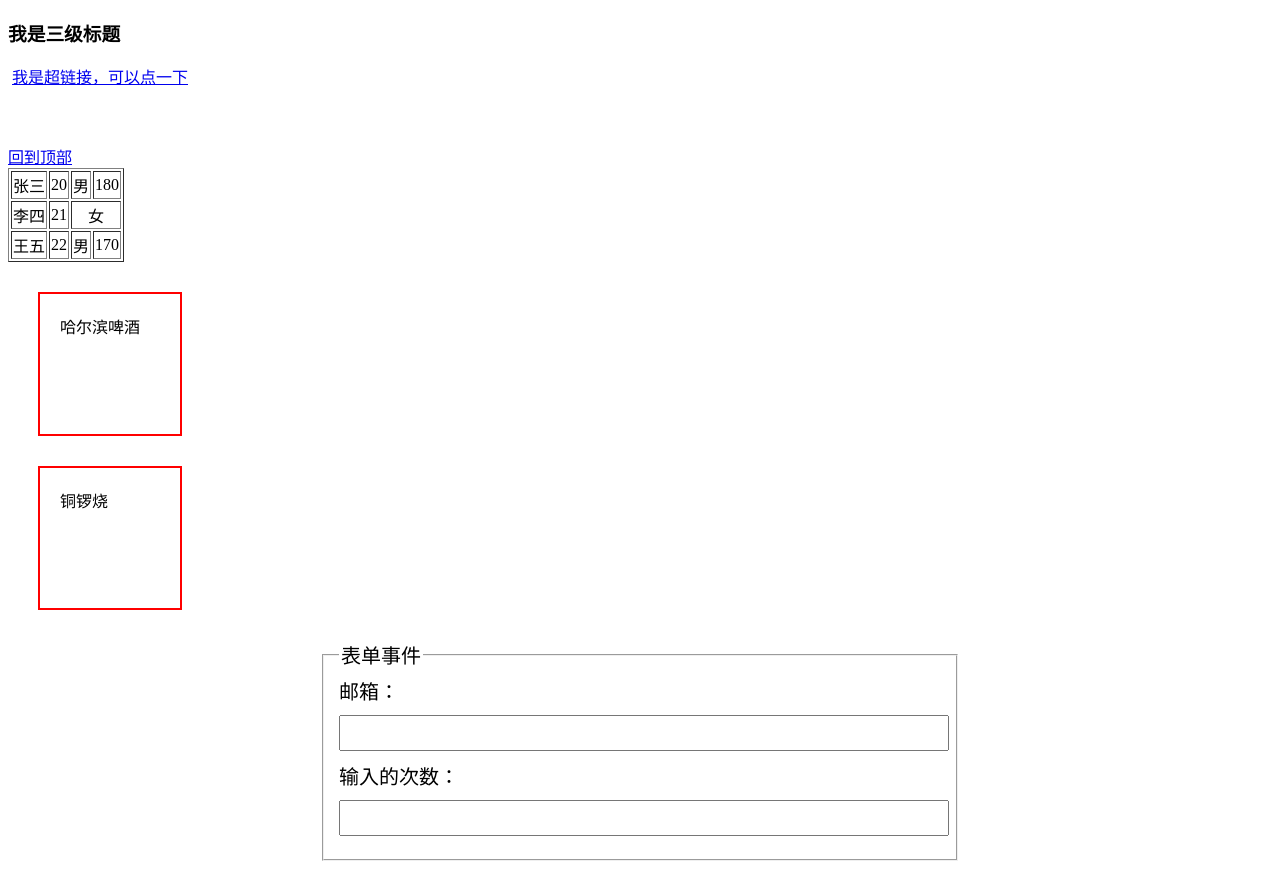
Repository: wyhzglgithub/mygitremote
Page: test.html
The author's editor kept a copy of each file at every save. The page is drawn from the files as they stood at one save, then again after a run of saves.
The browser window is 1280 px wide. The pictures show the whole page.

Above is the page before, as saved 2021-10-11 13:50:08.

After the next 4 saves:
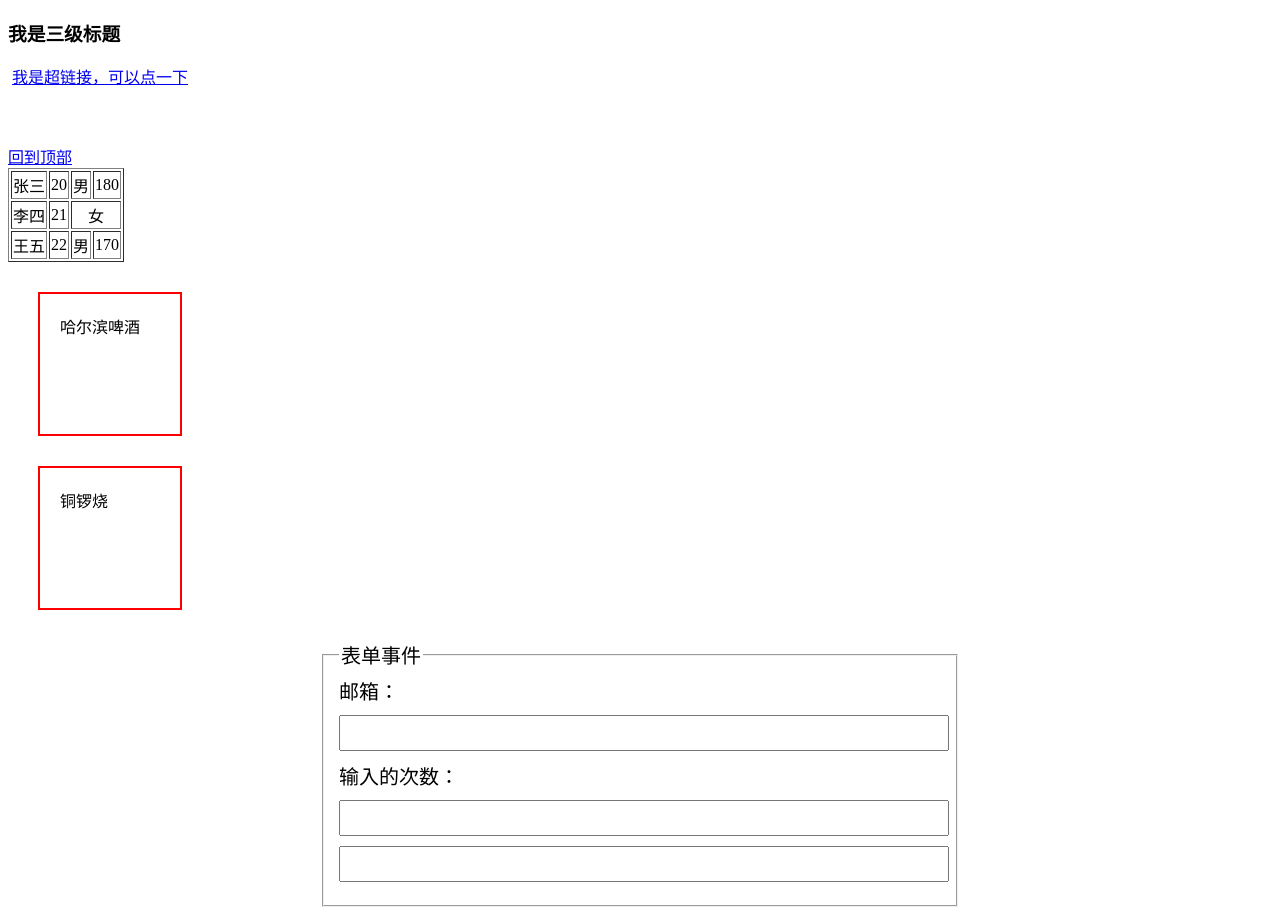
The 4 saves are shown as one change because they came seconds apart.
The last was saved 13 s later.
--- a/test.html
+++ b/test.html
@@ -74,8 +74,8 @@
             <label for="">
                 输入的次数：<input type="text" name="" id="txt2" />
             </label>
-            <s
 
+            <input >
         </fieldset>
     </form>
 
